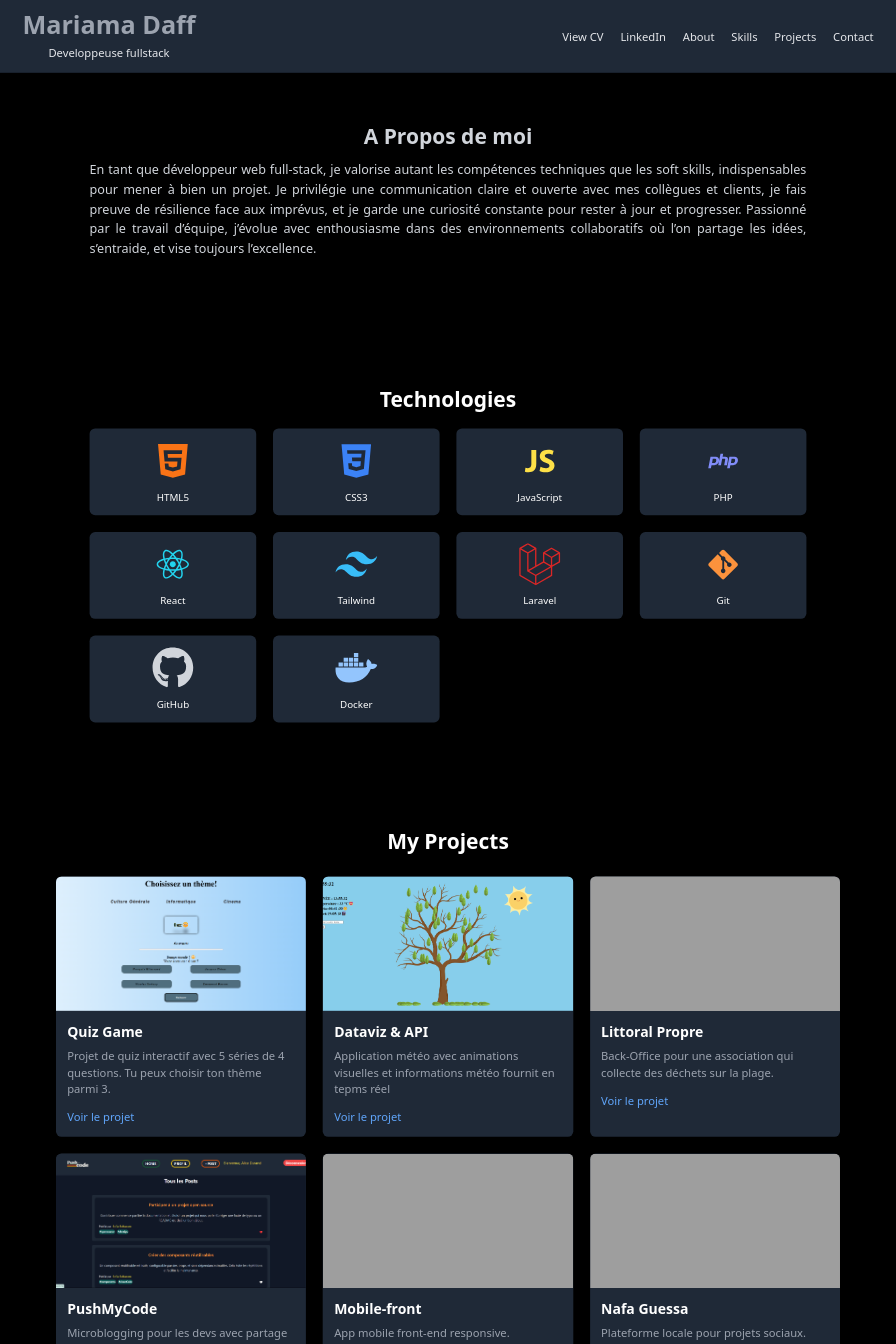
Repository: mariamdaff/Projets_Perso
Page: / (app in mon_portfolio/)
These files come from the project's save history. The page is drawn as it stood at one moment and after the next save; the edit follows.
The browser window is 1280 px wide. The pictures show the part of the page from y = 0 to 1920 px (the page is 2687 px tall), at 70% of full size.
Pictures or frames that could not be fetched are drawn as grey boxes. The project was rebuilt for these pictures with package versions that can differ from the ones it lists, and the page was loaded fresh each time. Also part of the build but not shown: mon_portfolio/vite.config.js.

Above is the page before, as saved 2025-04-23 15:52:27.

### mon_portfolio/index.html
<!doctype html>
<html lang="en">
  <head>
    <meta charset="UTF-8" />
    <link rel="icon" type="image/svg+xml" href="/cvFivicon.png" />
    <meta name="viewport" content="width=device-width, initial-scale=1.0" />
    <title>Mon portfolio</title>
  </head>
  <body className="bg-black text-gray-400">
    <div id="root"></div>
    <script type="module" src="/src/main.jsx"></script>
  </body>
</html>

### mon_portfolio/src/main.jsx
import './index.css';
import { StrictMode } from 'react'
import { createRoot } from 'react-dom/client'
import './index.css'
import App from './App.jsx'

createRoot(document.getElementById('root')).render(
  <StrictMode>
    <App />
  </StrictMode>,
)

### mon_portfolio/src/App.jsx
import React from 'react';
import { BrowserRouter as Router, Routes, Route } from 'react-router-dom';
// import NavbarElement from './component/navBar/NavBarComponent';
import Layout from './Layout';


const App = () => {
  return (
    <Router>

      <Routes>
        <Route path="/" element={<Layout />}>
        </Route>
      </Routes>

    </Router>
  );
};

export default App;

### mon_portfolio/src/Layout.jsx
import React from 'react';
import NavbarElement from './components/navBar/NavBarComponent';
import Projets from './components/projets/Projets';
import Contact from './components/contact/Contact';
import APropos from './components/A_Propos/APropos';
import Skills from './components/skills/Skills';
import Footer from './components/footer/Footer';
import { Element } from 'react-scroll';

const Layout = () => {
  return (
    <div className="bg-black min-h-screen text-white scroll-smooth">
      <NavbarElement />
      <main className="p-6 space-y-16">
      <Element name="A_Propos">
          <APropos />
        </Element>
        <Element name="skills">
          <Skills />
        </Element>
        <Element name="projets">
          <Projets />
        </Element>
        <Element name="contact">
          <Contact />
        </Element>

      </main>
      <Footer />
    </div>
  );
};

export default Layout;

### mon_portfolio/src/components/navBar/NavBarComponent.jsx
import React from 'react';
import LiensDeNavigation from './NavBarLiens.jsx';
import Description from './NavBarDescriptionPost.jsx';
import MonNom from './NavBarNom.jsx';

const NavbarElement = () => {
  return (
    <header className="sticky top-0 z-50 bg-gray-800 shadow-md">
      <nav className="text-gray-200 px-8 py-4 flex flex-col sm:flex-row sm:justify-between items-center">

        {/* Partie Nom + Description */}
        <div className="flex flex-col items-center text-center mb-4 sm:mb-0">
          <MonNom />
          <Description />
        </div>

        {/* Liens de navigation */}
        <LiensDeNavigation />
      </nav>
    </header>
  );
};

export default NavbarElement;

### mon_portfolio/src/components/projets/Projets.jsx
import React from 'react';
import meteoApp from '../../assets/img/meteo-app.png';
import quizGame from '../../assets/img/quizgame.png';
import pushMyCode from '../../assets/img/pushmycode.png';

const Projets = () => {
  const projets = [
    {
      id: 1,
      titre: 'Quiz Game',
      description: 'Projet de quiz interactif avec 5 séries de 4 questions. Tu peux choisir ton thème parmi 3.',
      image: quizGame,
      link: 'https://github.com/tonprofil/quiz-game'
    },
    {
      id: 2,
      titre: 'Dataviz & API',
      description: 'Application météo avec animations visuelles et informations météo fournit en tepms réel',
      image:  meteoApp,
      link: 'https://github.com/tanguyjo/Projet_Dataviz'
    },
    {
      id: 3,
      titre: 'Littoral Propre',
      description: 'Back-Office pour une association qui collecte des déchets sur la plage.',
      image: '/assets/img/littoral.png',
      link: 'https://github.com/tonprofil/littoral-propre'
    },
    {
      id: 4,
      titre: 'PushMyCode',
      description: 'Microblogging pour les devs avec partage d’astuces.',
      image: pushMyCode ,
      link: 'https://github.com/tonprofil/pushmycode'
    },
    {
      id: 5,
      titre: 'Mobile-front',
      description: 'App mobile front-end responsive.',
      image: '/assets/img/mobile-front.png',
      link: 'https://github.com/tonprofil/mobile-front'
    },
    {
      id: 6,
      titre: 'Nafa Guessa',
      description: 'Plateforme locale pour projets sociaux.',
      image: '/assets/img/nafa-guessa.png',
      link: 'https://github.com/tonprofil/nafa-guessa'
    },
  ];

  return (
    <section className="py-12 px-4 bg-black text-white m-10">
      <h2 className="text-3xl font-bold mb-8 text-center">My Projects</h2>
      <div className="grid grid-cols-1 sm:grid-cols-2 lg:grid-cols-3 gap-6 max-w-6xl mx-auto">
        {projets.map((projet) => (
          <div
            key={projet.id}
            className="bg-gray-800 rounded-lg overflow-hidden shadow-lg hover:scale-105 transition"
          >
            <img
              src={projet.image}
              alt={projet.titre}
              className="w-full h-48 object-cover"
            />
            <div className="p-4">
              <h3 className="text-xl font-semibold mb-2">{projet.titre}</h3>
              <p className="text-gray-400 mb-4">{projet.description}</p>
              <a
                href={projet.link}
                target="_blank"
                rel="noopener noreferrer"
                className="text-blue-400 hover:underline"
              >
                Voir le projet
              </a>
            </div>
          </div>
        ))}
      </div>
    </section>
  );
};

export default Projets;

### mon_portfolio/src/components/contact/Contact.jsx
import React, { useState } from 'react';

const Contact = () => {
  const [isSubmitted, setIsSubmitted] = useState(false);

  const handleSubmit = async (e) => {
    e.preventDefault();

    const form = e.target;
    const data = new FormData(form);

    const response = await fetch("https://formspree.io/f/meogqawe", {
      method: "POST",
      body: data,
      headers: {
        Accept: "application/json",
      },
    });

    if (response.ok) {
      setIsSubmitted(true);
      form.reset();
    } else {
      alert("Une erreur est survenue. Veuillez réessayer.");
    }
  };

  return (
    <section className="py-10 px-4 bg-black text-white text-center" aria-labelledby="contact-title">
    <div className="max-w-xl mx-auto bg-gray-900 p-6 rounded-lg shadow-lg">
      <h2 id="contact-title" className="text-3xl font-semibold mb-6">Contact</h2>

      {!isSubmitted ? (
        <form onSubmit={handleSubmit} className="space-y-4">
          <input
            type="text"
            name="name"
            placeholder="Nom"
            required
            className="bg-gray-700 text-white px-4 py-2 rounded w-full"
          />
          <input
            type="email"
            name="email"
            placeholder="Email"
            required
            className="bg-gray-700 text-white px-4 py-2 rounded w-full"
          />
          <textarea
            name="message"
            placeholder="Message"
            required
            className="bg-gray-700 text-white px-4 py-2 rounded w-full"
          />
          <button
            type="submit"
            className="bg-teal-600 hover:bg-teal-500 px-6 py-2 rounded w-full transition"
          >
            Envoyer
          </button>
        </form>
      ) : (
        <div className="bg-teal-800 p-6 rounded shadow-md">
          <h3 className="text-xl font-semibold mb-2">Merci pour votre message !</h3>
          <p>Je vous répondrai bientôt.</p>
        </div>
      )}
    </div>
  </section>

  );
};

export default Contact;

### mon_portfolio/src/components/A_Propos/APropos.jsx
import React from 'react';
const APropos = () =>{
    return(
        <section className="text-center py-12 max-w-5xl mx-auto">
        <h2 className="text-3xl font-semibold mb-4 text-gray-300">A Propos de moi</h2>
       <p className="text-lg text-gray-300 mb-8 text-justify">En tant que développeur web full-stack, je valorise autant les compétences techniques que les soft skills,
         indispensables pour mener à bien un projet. Je privilégie une communication claire et ouverte avec mes collègues et clients,
          je fais preuve de résilience face aux imprévus, et je garde une curiosité constante pour rester à jour et progresser.
          Passionné par le travail d’équipe, j’évolue avec enthousiasme dans des environnements collaboratifs où l’on partage les idées,
           s’entraide, et vise toujours l’excellence.</p>
      </section>
    );

};
export default APropos;

### mon_portfolio/src/components/skills/Skills.jsx
import React from 'react';
import { DiHtml5, DiCss3, DiJavascript1, DiReact, DiPhp, DiGit} from 'react-icons/di';
import { SiTailwindcss, SiVuedotjs } from 'react-icons/si';
import { FaGithub, FaDocker } from 'react-icons/fa';
import { SiLaravel } from 'react-icons/si';

const Skills = () => {
  return (
    <section className="py-10 bg-black text-white text-center ">
      <h2 className="text-3xl font-bold mb-6">Technologies</h2>
      <ul className="grid grid-cols-2 sm:grid-cols-3 lg:grid-cols-4 gap-6 max-w-5xl mx-auto text-center">
  <li className="flex flex-col items-center bg-gray-800 p-4 rounded-lg shadow-md hover:bg-gray-700 transition">
    <DiHtml5 className="text-6xl text-orange-500 mb-2" />
    <span className="text-white text-sm mt-1">HTML5</span>
  </li>
  <li className="flex flex-col items-center bg-gray-800 p-4 rounded-lg shadow-md hover:bg-gray-700 transition">
    <DiCss3 className="text-6xl text-blue-500 mb-2" />
    <span className="text-white text-sm mt-1">CSS3</span>
  </li>
  <li className="flex flex-col items-center bg-gray-800 p-4 rounded-lg shadow-md hover:bg-gray-700 transition">
    <DiJavascript1 className="text-6xl text-yellow-300 mb-2" />
    <span className="text-white text-sm mt-1">JavaScript</span>
  </li>
  <li className="flex flex-col items-center bg-gray-800 p-4 rounded-lg shadow-md hover:bg-gray-700 transition">
    <DiPhp className="text-6xl text-indigo-400 mb-2" />
    <span className="text-white text-sm mt-1">PHP</span>
  </li>
  <li className="flex flex-col items-center bg-gray-800 p-4 rounded-lg shadow-md hover:bg-gray-700 transition">
    <DiReact className="text-6xl text-cyan-400 mb-2" />
    <span className="text-white text-sm mt-1">React</span>
  </li>
  <li className="flex flex-col items-center bg-gray-800 p-4 rounded-lg shadow-md hover:bg-gray-700 transition">
    <SiTailwindcss className="text-6xl text-sky-400  mb-2" />
    <span className="text-white text-sm mt-1">Tailwind</span>
  </li>

  <li className="flex flex-col items-center bg-gray-800 p-4 rounded-lg shadow-md hover:bg-gray-700 transition">
    <SiLaravel className="text-6xl text-red-600 mb-2" />
    <span className="text-white text-sm mt-1">Laravel</span>
  </li>
  <li className="flex flex-col items-center bg-gray-800 p-4 rounded-lg shadow-md hover:bg-gray-700 transition">
    <DiGit className="text-6xl text-orange-400 mb-2" />
    <span className="text-white text-sm mt-1">Git</span>
  </li>
  <li className="flex flex-col items-center bg-gray-800 p-4 rounded-lg shadow-md hover:bg-gray-700 transition">
    <FaGithub className="text-6xl text-gray-300 mb-2" />
    <span className="text-white text-sm mt-1">GitHub</span>
  </li>
  <li className="flex flex-col items-center bg-gray-800 p-4 rounded-lg shadow-md hover:bg-gray-700 transition">
    <FaDocker className="text-6xl text-blue-300 mb-2" />
    <span className="text-white text-sm mt-1">Docker</span>
  </li>
</ul>


    </section>
  );
};

export default Skills;

### mon_portfolio/src/components/footer/Footer.jsx
import React from 'react';
import { FaGithub, FaLinkedin } from 'react-icons/fa';

const Footer = () => {
  return (
    <footer className="bg-black text-gray-400 text-center py-6 mt-12 border-t border-gray-700 grid grid-cols-1 sm:grid-cols-2 lg:grid-cols-3 gap-6">
      <p className="text-sm mb-2">© 2025 Mariama Daff. Tous droits réservés.</p>

      <div className="flex justify-center space-x-4 text-2xl mb-2">
        <a
          href="https://github.com/mariamdaff"
          target="_blank"
          rel="noopener noreferrer"
          className="hover:text-white transition"
        >
          <FaGithub />
        </a>
        <a
          href="https://www.linkedin.com/in/mariama-daff"
          target="_blank"
          rel="noopener noreferrer"
          className="hover:text-white transition"
        >
          <FaLinkedin />
        </a>
      </div>

      <p className="text-xs">Merci de votre visite 💻</p>
    </footer>
  );
};

export default Footer;

### mon_portfolio/src/components/navBar/NavBarLiens.jsx
import React from 'react';
import { Link } from 'react-scroll';

//  import { Link } from 'react-router-dom';



const LiensDeNavigation = () =>{
return (
    <ul className="flex flex-col sm:flex-row space-y-4 sm:space-y-0 sm:space-x-6 items-center">
      <li> <a
            href="/monCV.pdf"
            target="_blank"
            rel="noopener noreferrer"
            className="btn-nav hover:text-gray-400 transition"
            >
             View CV
        </a></li>

      <li><a href="https://www.linkedin.com/in/mariama-daff"
            target="_blank"
            rel="noopener noreferrer"
            className="nav-btn  hover:text-gray-400 transition"
            >
            LinkedIn
        </a></li>

        <Link
  to="A_Propos"
  smooth={true}
  duration={500}
  offset={-70}
  className="cursor-pointer hover:text-gray-400 transition"
>
  About
</Link>

<Link
  to="skills"
  smooth={true}
  duration={500}
  offset={-70}
  className="cursor-pointer hover:text-gray-400 transition"
>
  Skills
</Link>

        <Link
  to="projets"
  smooth={true}
  duration={500}
  offset={-70} // décale pour prendre en compte ta navbar
  className="cursor-pointer hover:text-gray-400 transition"
>
  Projects
</Link>

<Link
  to="contact"
  smooth={true}
  duration={500}
  offset={-70}
  className="cursor-pointer hover:text-gray-400 transition"
>
  Contact
</Link>



    </ul>
  );
};

export default LiensDeNavigation;

### mon_portfolio/src/components/navBar/NavBarDescriptionPost.jsx
import React from 'react';

const Description = () =>{
return (
   <p className="text-md mt-2">Developpeuse fullstack</p>
  );
};

export default Description;

### mon_portfolio/src/components/navBar/NavBarNom.jsx
import React from 'react';

const MonNom = () =>{
return (
   <h1 className="text-4xl font-bold text-gray-400">Mariama Daff</h1>
  );
};

export default MonNom;

Loaded but not shown: mon_portfolio/src/index.css (common file); mon_portfolio/tailwind.config.js (common file)

After the next save:
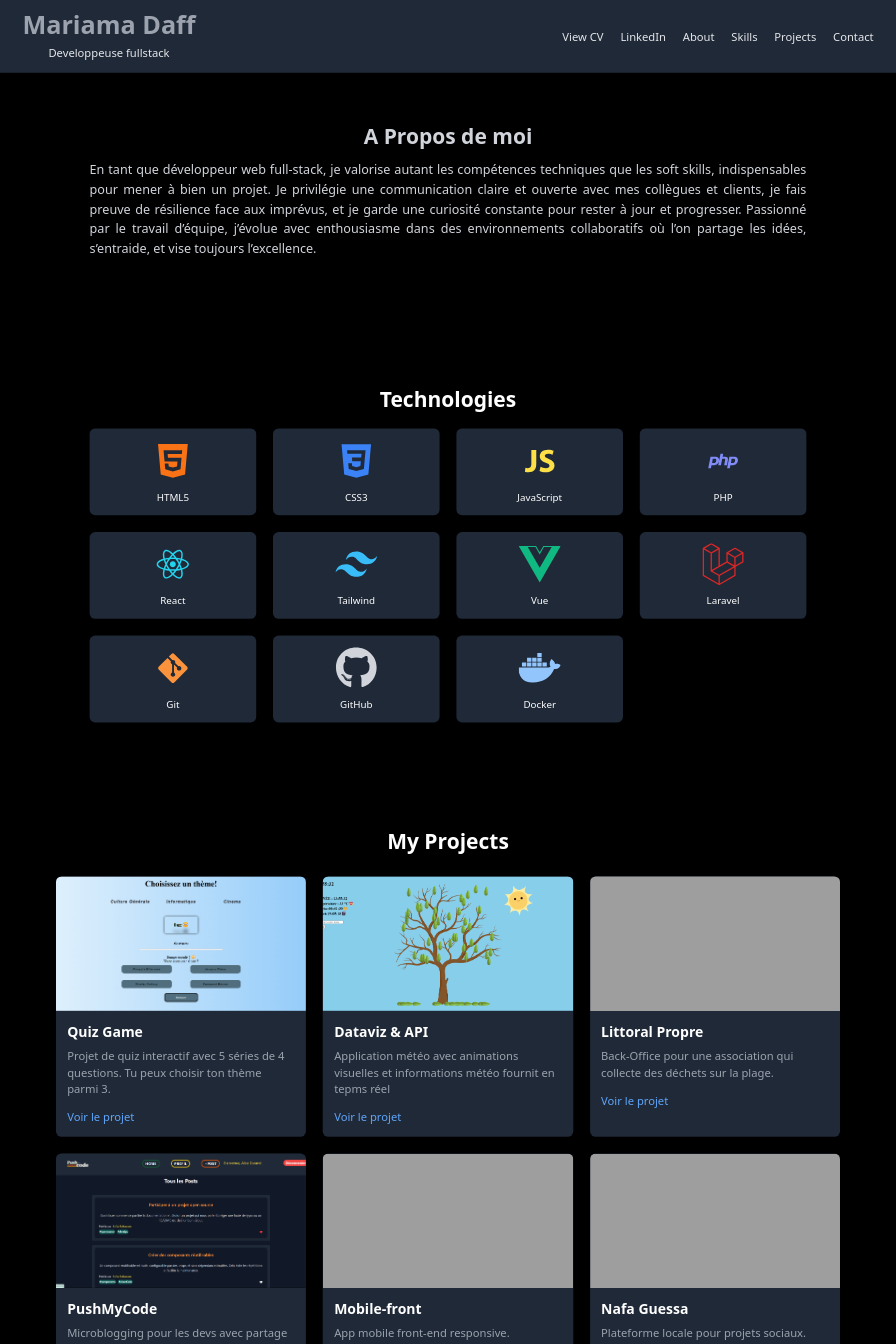
Saved 99 s later.
--- a/mon_portfolio/src/components/skills/Skills.jsx
+++ b/mon_portfolio/src/components/skills/Skills.jsx
@@ -33,6 +33,10 @@
     <SiTailwindcss className="text-6xl text-sky-400  mb-2" />
     <span className="text-white text-sm mt-1">Tailwind</span>
   </li>
+  <li className="flex flex-col items-center bg-gray-800 p-4 rounded-lg shadow-md hover:bg-gray-700 transition">
+    <SiVuedotjs className="text-6xl text-emerald-500 mb-2" />
+    <span className="text-white text-sm mt-1">Vue</span>
+  </li>
 
   <li className="flex flex-col items-center bg-gray-800 p-4 rounded-lg shadow-md hover:bg-gray-700 transition">
     <SiLaravel className="text-6xl text-red-600 mb-2" />
